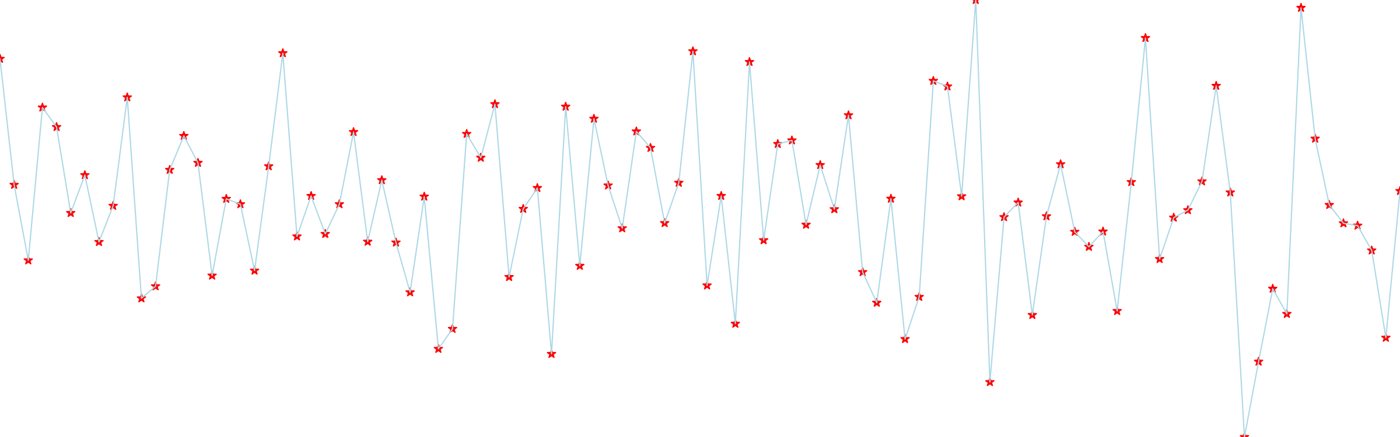
Repository: Carty-Bao/BNPHMM
Script's output: python code/synth.py
These files come from the project's save history. The script's output is drawn as it stood at one moment and after a run of saves; the edit follows.
Figures wider than 1,400 px are first shrunk to that width. Random numbers start from a fixed seed.

Above is the script's output before, as saved 2022-08-18 11:06:45.

After the next 2 saves:
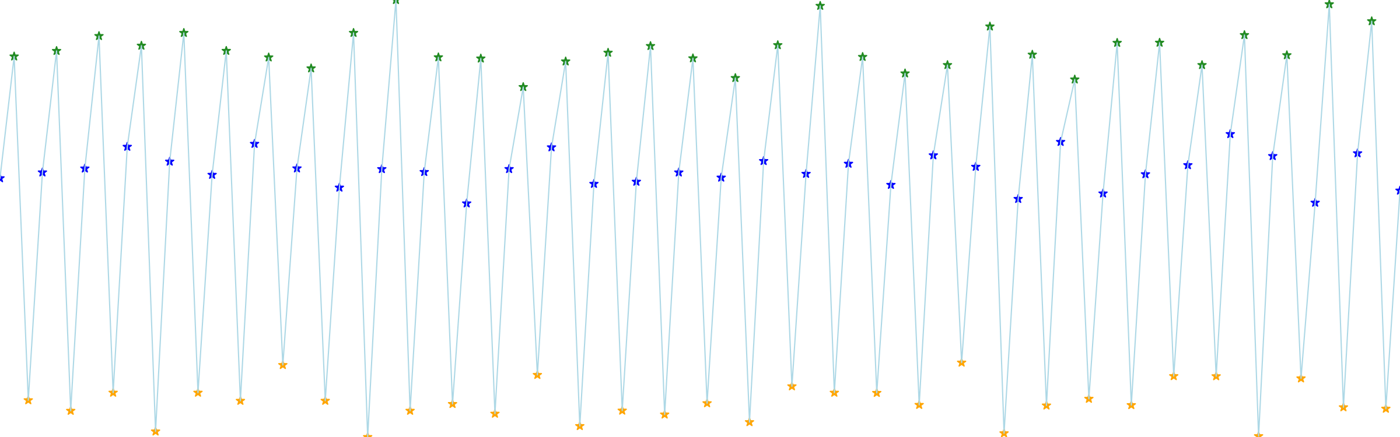
The 2 saves are shown as one change because they came seconds apart.
The last was saved 56 s later.
--- a/code/synth.py
+++ b/code/synth.py
@@ -249,8 +249,8 @@ if __name__=="__main__":
     plt.rc('font',family='Times New Roman')
 
     #数据生成
-    N, K_grnd, K = 100, 1, 10
-    X1, _, Z, mu_grd = Non_ideal_HMM(N, K_grnd, mu_sd_factor= 2, spur_ratio=0., miss_ratio=0,type='jitter')
+    N, K_grnd, K = 100, 5, 10
+    X1, _, Z, mu_grd = Non_ideal_HMM(N, K_grnd, mu_sd_factor= 2, spur_ratio=0., miss_ratio=0,type='stagger')
 
     # Ns = [100,150,180]
     # Ks = [4,5,6]
